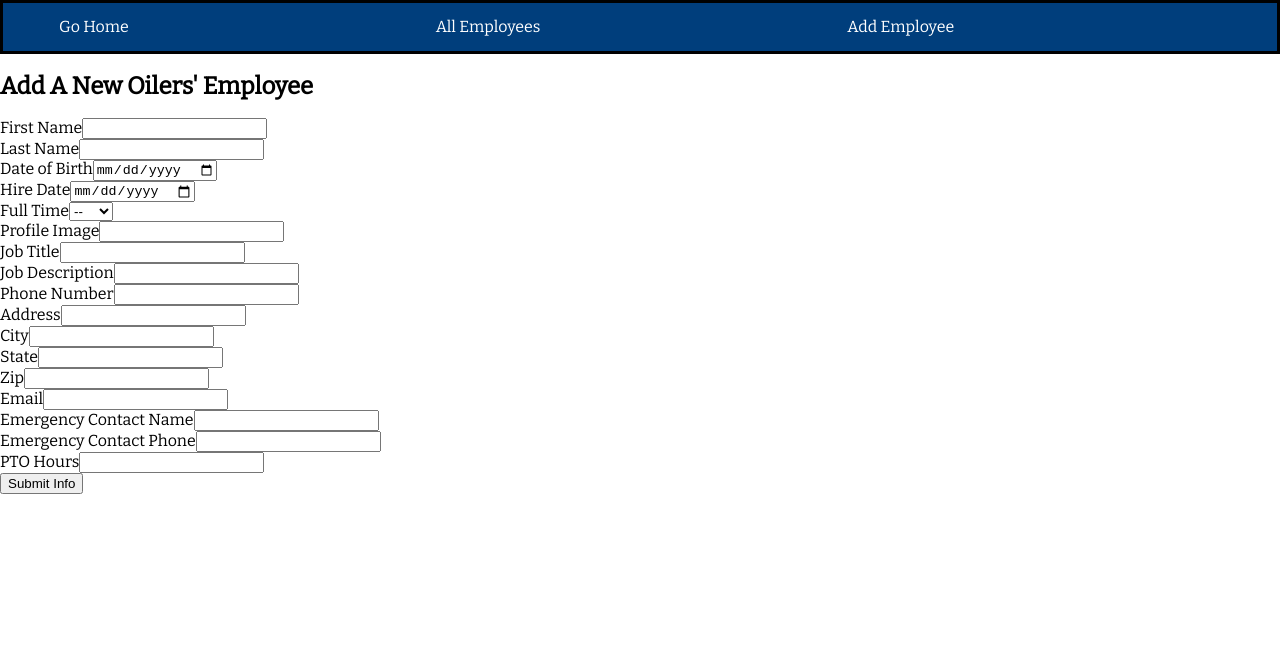
Repository: rh1456/employee-directory
Page: /2
These files come from the project's save history. The page is drawn as it stood at one moment and after the next save; the edit follows.
The browser window is 1280 px wide. The pictures show the whole page.
The project was rebuilt for these pictures with package versions that can differ from the ones it lists, and the page was loaded fresh each time. Also part of the build but not shown: src/pages/HomePage.jsx, src/pages/SingleEmployee.jsx, src/pages/AllEmployees.jsx.

Above is the page before, as saved 2019-12-08 18:53:10.

### public/index.html
<!DOCTYPE html>
<html lang="en">
  <head>
    <meta charset="utf-8" />
    <link rel="shortcut icon" href="%PUBLIC_URL%/favicon.ico" />
    <meta
      name="viewport"
      content="width=device-width, initial-scale=1, shrink-to-fit=no"
    />
    <meta name="theme-color" content="#000000" />
    <link
      href="https://fonts.googleapis.com/css?family=Bitter&display=swap"
      rel="stylesheet"
    />
    <!--
      manifest.json provides metadata used when your web app is added to the
      homescreen on Android. See https://developers.google.com/web/fundamentals/web-app-manifest/
    -->
    <link rel="manifest" href="%PUBLIC_URL%/manifest.json" />
    <!--
      Notice the use of %PUBLIC_URL% in the tags above.
      It will be replaced with the URL of the `public` folder during the build.
      Only files inside the `public` folder can be referenced from the HTML.

      Unlike "/favicon.ico" or "favicon.ico", "%PUBLIC_URL%/favicon.ico" will
      work correctly both with client-side routing and a non-root public URL.
      Learn how to configure a non-root public URL by running `npm run build`.
    -->
    <title>Employee Directory</title>
  </head>
  <body>
    <noscript>
      You need to enable JavaScript to run this app.
    </noscript>
    <div id="root"></div>
    <!--
      This HTML file is a template.
      If you open it directly in the browser, you will see an empty page.

      You can add webfonts, meta tags, or analytics to this file.
      The build step will place the bundled scripts into the <body> tag.

      To begin the development, run `npm start` or `yarn start`.
      To create a production bundle, use `npm run build` or `yarn build`.
    -->
  </body>
</html>

### src/index.css
:root {
  font: 16px / 1 'Bitter', serif;
}

html {
  height: 100%;
}

body {
  margin: 0;
  min-height: 100%;
}

ul {
  display: flex;
  flex-direction: row;
  justify-content: space-between;
  border: solid black;
  margin: 0;
  height: 3rem;
  background-color: #003e7c;
}
nav li {
  list-style: none;
  margin: 1rem;
  color: white;
}
.Nav-link {
  color: white;
  text-decoration: none;
}
.homepage-head {
  display: flex;
  margin: 2rem;
  justify-content: center;
  color: #e76222;
}

.homepage-main {
  display: flex;
  justify-content: center;
}

.oilers-logo {
  height: 20rem;
  width: auto;
}
.all-employees-main {
  display: flex;
  flex-direction: row;
  justify-content: space-between;
  flex-wrap: wrap;
}
.allEmployees {
  border: solid black;
  margin: 2rem;
}

.employee-profile-image {
  height: 13rem;
}
input {
}

### src/App.jsx
import React from 'react'
import { BrowserRouter as Router, Link, Route, Switch } from 'react-router-dom'
// import AllEmployees from './pages/AllEmployees'
import AddEmployee from './pages/AddEmployee'
import HomePage from './pages/HomePage'
import SingleEmployee from './pages/SingleEmployee'
import AllEmployees from './pages/AllEmployees'

const App = () => {
  return (
    <Router>
      <header>
        <nav>
          <ul>
            <li>
              <Link to="/" className="Nav-link">
                Go Home
              </Link>
            </li>
            <li>
              <Link to="/1" className="Nav-link">
                All Employees
              </Link>
            </li>
            <li>
              <Link to="/2" className="Nav-link">
                Add Employee
              </Link>
            </li>
            <li>{/* <Link to="/employee/:id">Si</Link> */}</li>
          </ul>
        </nav>
      </header>

      <Switch>
        <Route exact path="/" component={HomePage}></Route>
        <Route exact path="/1" component={AllEmployees}></Route>
        <Route exact path="/2" component={AddEmployee}></Route>
        <Route path="/employee/:id" component={SingleEmployee}></Route>
      </Switch>
    </Router>
  )
}

export default App

// <main className="all-employees">
// {employeeData.map((info, i) => {
//   return (
//     <div className="employee-info">
//       <div className="empolyee-sect" key={i}>
//         <div className="employee-data">
//           <img className="employee-pic" src={info.profileImage} />
//           <h2 className="employee-full-name">
//             {info.firstName} {info.lastName}
//           </h2>
//           <h3 className="job">{info.jobTitle}</h3>
//           <h3 className="full-time">
//             Full Time: {info.isFullTime ? 'Yes' : 'No'}
//           </h3>
//         </div>
//       </div>
//     </div>
//   )
// })}

### src/pages/AddEmployee.jsx
import React, { useState } from 'react'
import { Redirect } from 'react-router-dom'
import axios from 'axios'

const AddEmployee = () => {
  const [resetForm, setResetForm] = useState('')
  const [firstName, setFirstName] = useState('')
  const [lastName, setLastName] = useState('')
  const [birthday, setBirthday] = useState('')
  const [hireDate, setHireDate] = useState('')
  const [isFullTime, setIsFullTime] = useState('')
  const [profileImage, setProfileImage] = useState('')
  const [jobTitle, setJobTitle] = useState('')
  const [jobDescription, setJobDescription] = useState('')
  const [phoneNumber, setPhoneNumber] = useState('')
  const [address, setAdress] = useState('')
  const [city, setCity] = useState('')
  const [state, setState] = useState('')
  const [zip, setZip] = useState('')
  const [email, setEmail] = useState('')
  const [emergencyContactPerson, setEmergencyContactPerson] = useState('')
  const [emergencyContactPhone, setEmergencyContactPhone] = useState('')
  const [emergencyContactAddress, setEmergencyContactAddress] = useState('')
  const [ptoHours, setPtoHours] = useState('')

  const submitForm = async event => {
    event.preventDefault()
    const resp = await axios.post(
      'https://sdg-staff-directory-app.herokuapp.com/api/oilers/Employees',

      {
        firstName: firstName,
        lastName: lastName,
        birthday: birthday,
        hireDate: hireDate,
        isFullTime: isFullTime,
        profileImage: profileImage,
        jobTitle: jobTitle,
        jobDescription: jobDescription,
        phoneNumber: phoneNumber,
        address: address,
        city: city,
        state: state,
        zip: zip,
        email: email,
        emergencyContactPerson: emergencyContactPerson,
        emergencyContactPhone: emergencyContactPhone,
        emergencyContactAddress: setEmergencyContactAddress,
        ptoHours,
        ptoHours,
      }
    )
  }
  return (
    <>
      <main>
        <h2 className="form-h2"> Add A New Oilers' Employee</h2>
        <form onSubmit={submitForm}>
          <section>
            <section className="employeeLabel">
              <label htmlFor="firstName">First Name</label>
              <input
                onChange={e => {
                  setFirstName(e.target.value)
                }}
                value={firstName}
                type="text"
              />
            </section>
            <section className="employeeLabel">
              <label htmlFor="lastName">Last Name</label>
              <input
                onChange={e => {
                  setLastName(e.target.value)
                }}
                value={lastName}
                type="text"
              />
            </section>
            <section className="employeeLabel">
              <label htmlFor="birthday">Date of Birth</label>
              <input
                className="dateData"
                onChange={e => {
                  setBirthday(e.target.value)
                }}
                type="date"
                value={birthday}
              />
            </section>
            <section className="employeeLabel">
              <label htmlFor="hireDate">Hire Date</label>
              <input
                className="dateData"
                onChange={e => {
                  setHireDate(e.target.value)
                }}
                type="date"
                value={hireDate}
              />
            </section>
            <section className="employeeLabel">
              <label htmlFor="fullTime">Full Time</label>
              <select
                onChange={e => {
                  setIsFullTime(e.target.value)
                }}
                type="text"
                value={isFullTime}
              >
                <option value="">--</option>
                <option value="true">Yes</option>
                <option value="false">No</option>
              </select>
            </section>
            <section className="employeeLabel">
              <label htmlFor="profileImage">Profile Image</label>
              <input
                onChange={e => {
                  setProfileImage(e.target.value)
                }}
                type="url"
                value={profileImage}
              />
            </section>
            <section className="employeeLabel">
              <label htmlFor="jobTitle">Job Title</label>
              <input
                onChange={e => {
                  setJobTitle(e.target.value)
                }}
                type="text"
                value={jobTitle}
              />
            </section>
            <section className="employeeLabel">
              <label htmlFor="jobDescription">Job Description</label>
              <input
                onChange={e => {
                  setJobDescription(e.target.value)
                }}
                type="text"
                value={jobDescription}
              />
            </section>
            <section className="employeeLabel">
              <label htmlFor="phone">Phone Number</label>
              <input
                onChange={e => {
                  setPhoneNumber(e.target.value)
                }}
                type="text"
                value={phoneNumber}
              />
            </section>
            <section className="employeeLabel">
              <label htmlFor="address">Address</label>
              <input
                onChange={e => {
                  setAdress(e.target.value)
                }}
                type="text"
                value={address}
              />
            </section>
            <section className="employeeLabel">
              <label htmlFor="city">City</label>
              <input
                onChange={e => {
                  setCity(e.target.value)
                }}
                type="text"
                value={city}
              />
            </section>
            <section className="employeelabel">
              <label htmlFor="state">State</label>
              <input
                onChange={e => {
                  setState(e.target.value)
                }}
                type="text"
                value={state}
              />
            </section>
            <section className="employeeLabel">
              <label htmlFor="zip">Zip</label>
              <input
                onChange={e => {
                  setZip(e.target.value)
                }}
                type="text"
                value={zip}
              />
            </section>
            <section className="employeeLabel">
              <label htmlfor="email">Email</label>
              <input
                onChange={e => {
                  setEmail(e.target.value)
                }}
                type="text"
                value={email}
              />
            </section>
            <section className="employeeLabel">
              <label htmlFor="emergencyContactName">
                Emergency Contact Name
              </label>
              <input
                onChange={e => {
                  setEmergencyContactPerson(e.target.value)
                }}
                type="text"
                value={setEmergencyContactPerson}
              />
            </section>
            <section className="employeeLabel">
              <label htmlFor="emergencyContactPhone">
                {' '}
                Emergency Contact Phone
              </label>
              <input
                onChange={e => {
                  setEmergencyContactPhone.apply(e.target.value)
                }}
                type="text"
                value={emergencyContactPhone}
              />
            </section>
            <section className="employeeLabel">
              <label htmlFor="pto">PTO Hours</label>
              <input
                onChange={e => {
                  setPtoHours(e.target.value)
                }}
                type="text"
                value={ptoHours}
              />
            </section>
            <section className="sumbit">
              <button className="submit-button">Submit Info</button>
            </section>
          </section>
        </form>
      </main>
    </>
  )
}

export default AddEmployee

Loaded but not shown: src/index.js (common file)

After the next save:
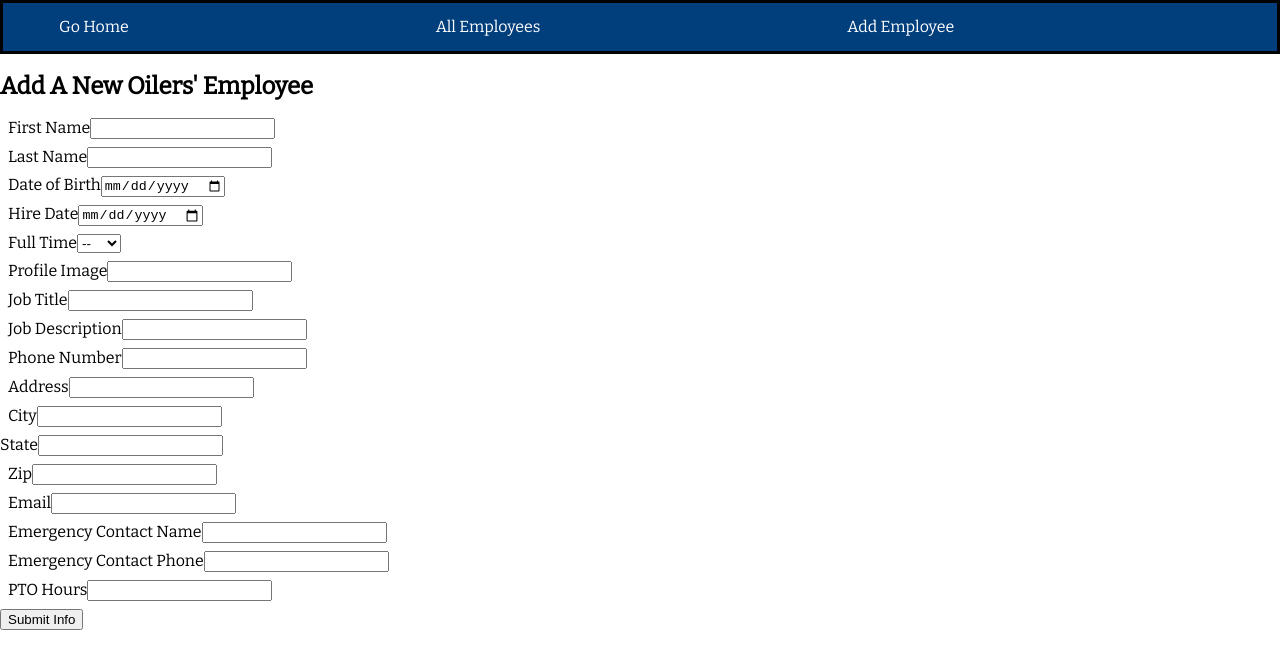
Saved 44 s later.
--- a/src/index.css
+++ b/src/index.css
@@ -59,5 +59,6 @@
 .employee-profile-image {
   height: 13rem;
 }
-input {
+.employeeLabel {
+  margin: 0.5rem;
 }
